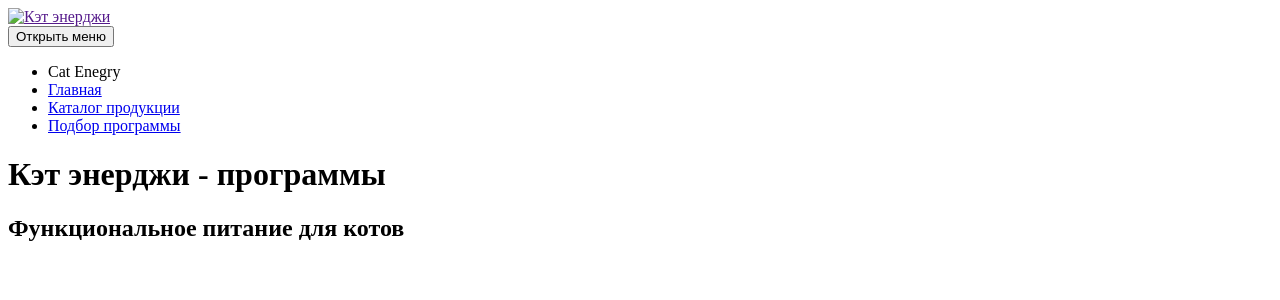
Repository: infernotw/1054987-cat-energy-17
Page: source/index.html
The author's editor kept a copy of each file at every save. The page is drawn from the files as they stood at one save, then again after the next save.
The browser window is 1280 px wide. The pictures show the whole page.

Above is the page before, as saved 2019-07-17 03:54:41.

After the next save:
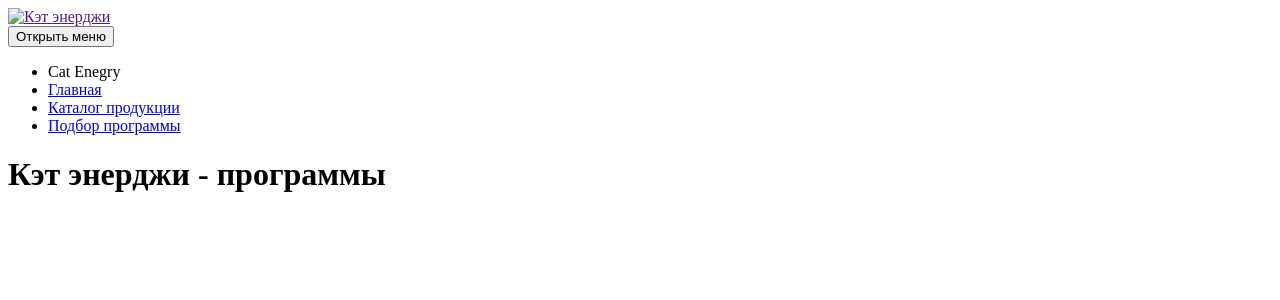
Saved 48 s later.
--- a/source/index.html
+++ b/source/index.html
@@ -36,8 +36,7 @@
   <main class="page-main">
     <h1 class="visually-hidden">Кэт энерджи - программы</h1>
     <section class="program">
-
-      <h1>Функциональное питание для котов</h1>
+      <header class="program__header"></header>
 
     </section>
 
